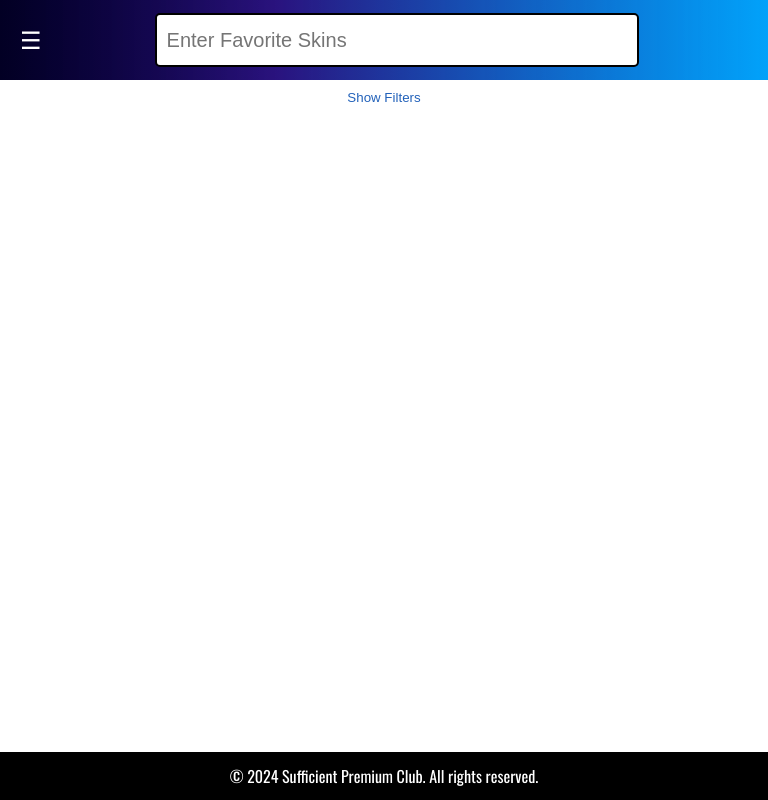
Repository: spcdomains/graph
Page: /Fetched
An editor plug-in stored every save of this project. The page is shown before and after the next save, followed by the edit.
The browser window is 768 px wide. The pictures show the whole page.
The page's requests for data from a server got no answer. Some web fonts or font styles are not loaded; a fallback is used. The project was rebuilt for these pictures with package versions that can differ from the ones it lists, and the page was loaded fresh each time. The framework's server and built-in components were replaced by stand-ins that run in the browser. No one was signed in, and anything a server would have sent is missing. Also part of the build but not shown: Components/Filterpop/index.module.scss.

Above is the page before, as saved 2024-08-16 15:48:19.

### pages/_app.tsx
// pages/_app.tsx
import { AppProps } from 'next/app';
import Head from 'next/head'; // Import Head from next/head
import '../styles/globals.css';
import Navbar from '@/Components/Navbar';
import Footer from '@/Components/Footer';

function MyApp({ Component, pageProps }: AppProps) {
  return (
    <>
      <Head>
        <link rel="preconnect" href="https://fonts.googleapis.com" />
        <link rel="preconnect" href="https://fonts.gstatic.com" />
        <link
          href="https://fonts.googleapis.com/css2?family=Aclonica&family=Oswald:wght@200..700&display=swap"
          rel="stylesheet"
        />
        <meta name="description" content="The games trading zone" />
        <meta name="robots" content="for games,to gamers,by gamers" />
        <meta property="og:type" content="for games,to gamers,by gamers" />
        <meta property="og:site_name" content="Trading" />
        <meta property="og:title" content="Gamin platform" />
        <meta property="og:description" content="for games,to gamers,by gamers" />
        <meta property="og:url" content="https://www.buy.trollsufficient.com/" />
        <meta property="og:image" content="https://www.buy.trollsufficient.com/" />
        <title>Buy Castles and more</title>
      </Head>
      <Navbar />
      <Component {...pageProps} />
      <Footer />
    </>
  );
}

export default MyApp;

### pages/Fetched/index.tsx
import React, { useEffect, useState } from "react";
import axios from "axios";
import styles from "./index.module.scss";
import Link from "next/link";
import Image from "next/image";
import Filterpop from '@/Components/Filterpop'
import { useRouter } from "next/router";

const Index = () => {
  const [categories, setCategories] = useState<any[]>([]);
  // const [filterVisible, setFilterVisible] = useState<boolean>(false);
  const [filterVisible, setFilterVisible] = useState<boolean>(false);
  const [selectedCategory, setSelectedCategory] = useState<string>('');
  const [selectedSkin, setSelectedSkin] = useState<string>('');
  const [selectedBuff, setSelectedBuff] = useState<string>('');
  const [isMobile, setIsMobile] = useState<boolean>(true);
const router=useRouter()
const {query}=router;
const {skintype,name}=query;
console.log(query)
  useEffect(() => {
    const setInitialFilterVisibility = () => {
      if (window.innerWidth <= 768) {
        setFilterVisible(false);
      } else {
        setFilterVisible(true);
      }
    };

    setInitialFilterVisibility();

    window.addEventListener("resize", setInitialFilterVisibility);

    return () => {
      window.removeEventListener("resize", setInitialFilterVisibility);
    };
  }, []);

  useEffect(() => {
    const fetchData = async () => {
      try {
        const response = await axios.get(
          `https://www.referback.trollsufficient.com/data/sort?permalink=${skintype}&skintype=${name}`
        );
        setCategories(response.data);
      } catch (error) {
        console.error("Error fetching data:", error);
      }
    };

    fetchData();
  }, []);

  const toggleFilterVisibility = () => {
    setFilterVisible(!filterVisible);
  };

  const closeFilter = () => {
    setFilterVisible(false);
  };
  const handleGoClick = () => {
    // Navigate to the /Fetched page with query parameters
    router.push({
      pathname: '/Fetched',
      query: {
        skintype: selectedCategory,
        name: selectedBuff,
        // skin: selectedSkin,
      },
    });
  };

  useEffect(() => {
    const handleResize = () => {
      setIsMobile(window.innerWidth <= 768);
    };

    handleResize(); // Initial check
    window.addEventListener('resize', handleResize);

    return () => {
      window.removeEventListener('resize', handleResize);
    };
  }, []);
  useEffect(() => {
    // On large screens, set filterVisible to true
    if (!isMobile) {
      setFilterVisible(true);
    }
  }, [isMobile]);
  return (
    <div className={styles.cardContainer}>
    <Filterpop
        filterVisible={filterVisible}
        toggleFilterVisibility={toggleFilterVisibility}
        selectedSkin={selectedSkin}
        setSelectedSkin={setSelectedSkin}
        selectedCategory={selectedCategory}
        setSelectedCategory={setSelectedCategory}
        selectedBuff={selectedBuff}
        setSelectedBuff={setSelectedBuff}
        handleGoClick={handleGoClick}
      />
      {isMobile && (
        <button className={styles.filterButton} onClick={toggleFilterVisibility}>
          {filterVisible ? 'Hide Filters' : 'Show Filters'}
        </button>
      )}
      <div className={styles.cards}>
        {categories.map((category: any) => (
          <Link
            key={category._id}
            href={`/Skintypes/${category.skintype}`}
            style={{ textDecoration: "none" }}
          >
            <div className={styles.card}>
              {category.photo && category.photo.length > 0 && (
                <Image
                  src={category.photo[0]} // Assuming you want to show the first photo
                  alt={category.skintype || "Category Image"}
                  className={styles.cardImage}
                  width={500} // Adjust width as needed
                  height={300} // Adjust height as needed
                />
              )}
              <div className={styles.cardContent}>
                <h2 className={styles.cardTitle}>{category.skintype}</h2>
                <p>Quantity: {category.quantity}</p>
                <p>Selling Amount: {category.sellingAmount}</p>
                <p>Buffs: {category.buff.map((b: any, index: number) => (
                  <span key={index}>
                    {Object.entries(b).map(([key, value]:any) => (
                      <span key={key}>{key}: {value}; </span>
                    ))}
                  </span>
                ))}</p>
              </div>
            </div>
          </Link>
        ))}
      </div>
    </div>
  );
};

export default Index;

### styles/globals.css
*{
  margin: 0%;
  padding: 0%;

}

body {
  font-family: 'Oswald', sans-serif; /* Apply Oswald font to the whole document */
}

h1 {
  font-family: 'Aclonica', sans-serif; /* Apply Aclonica font to all h1 elements */
}

### Components/Navbar/index.tsx
import React, { useEffect, useState } from "react";
import style from "./index.module.scss";
import Link from "next/link";
import axios from "axios";
import { useRouter } from "next/router";
import { FontAwesomeIcon } from '@fortawesome/react-fontawesome';
// import { faMagnifyingGlass } from '@fortawesome/free-regular-svg-icons';

const Navbar = () => {
  const [isMenuOpen, setIsMenuOpen] = useState(false);
  const [coins, setCoins] = useState<number>(0);
  const [isAuthenticated, setIsAuthenticated] = useState<boolean>(false);
  const [userRole, setUserRole] = useState<string | null>(null);
  const router = useRouter();

  // Toggle menu visibility
  const toggleMenu = () => {
    setIsMenuOpen((prevState) => !prevState);
  };

  // Close menu
  const closeMenu = () => {
    setIsMenuOpen(false);
  };

  // Check authentication status and fetch user data
  useEffect(() => {
    const token = localStorage.getItem("accessToken");
    const role = localStorage.getItem("role");
    setIsAuthenticated(!!token);
    setUserRole(role);
    console.log("Token:", token);
    console.log("Role:", role);

    const fetchCoins = async () => {
      if (token) {
        try {
          const userId = localStorage.getItem("userId");
          if (userId) {
            const coinsResponse = await axios.get(
              `https://www.referback.trollsufficient.com/admin/coins/${userId}`,
              {
                headers: {
                  Authorization: `Bearer ${token}`,
                  "Content-Type": "application/json",
                },
              }
            );
            setCoins(coinsResponse.data.coins);
          }
        } catch (error) {
          console.error("Error fetching coins:", error);
        }
      }
    };

    fetchCoins();
  }, [isAuthenticated]); // Empty dependency array to run only on mount

  const handleLogout = async () => {
    // Remove items from localStorage
    localStorage.removeItem("accessToken");
    localStorage.removeItem("userName");
    localStorage.removeItem("userId");
    localStorage.removeItem("userCoins");
    localStorage.removeItem("role");

    // Reset state
    setCoins(0);
    setIsAuthenticated(false);
    setUserRole(null);

    // Redirect to home page
    router.push("/").then(() => {
      // Ensure the page reloads to reflect logout
      window.location.reload();
    });
  };

  return (
    <div className={style.navbar_cain}>
      <div className={style.hamburger} onClick={toggleMenu}>
        {
          isMenuOpen?"X":"☰"
        }
      </div>
      <div className={style.image}></div>
      <div className={style.search_box}>
        <input className={style.input} placeholder="Enter Favorite Skins" />
        {/* <FontAwesomeIcon icon={faMagnifyingGlass} style={{"zIndex":"10"}}/> */}
      </div>
      <ul className={`${style.caintainer} ${isMenuOpen ? style.showMenu : ""}`}>
        <li className={style.items} onClick={closeMenu}>
          <div className={style.name}>
            <Link href="/" style={{ textDecoration: "none", color: "white" }}>
              <p>Home</p>
            </Link>
            <hr className={style.line} />
          </div>
        </li>
        <li className={style.items} onClick={closeMenu}>
          <div className={style.name}>
            <Link href="/Tree" style={{ textDecoration: "none", color: "white" }}>
              <p>Alluser</p>
            </Link>
            <hr className={style.line} />
          </div>
        </li>
        <li className={style.items} onClick={closeMenu}>
          <div className={style.name}>
          <Link href="/Skintypes" style={{ textDecoration: "none", color: "white" }}>
            <p>Skins</p>
            </Link>
            <hr className={style.line} />
          </div>
        </li>
        <li className={style.items} onClick={closeMenu}>
          <div className={style.name}>
            <Link href="/contact" style={{ textDecoration: "none", color: "white" }}>
              <p>Contact</p>
            </Link>
            <hr className={style.line} />
          </div>
        </li>
        <li className={style.items} onClick={closeMenu}>
          <div className={style.name}>
            {!isAuthenticated ? (
              <Link href="/Login" style={{ textDecoration: "none", color: "white" }}>
                <p>Login</p>
              </Link>
            ) : (
              <button className={style.links} onClick={handleLogout}>
                Logout
              </button>
            )}
            <hr className={style.line} />
          </div>
        </li>
      </ul>
    </div>
  );
};

export default Navbar;

### Components/Footer/index.tsx
import React from 'react';
import styles from './inde.module.scss';

const Footer = () => {
  return (
    <div className={styles.footer}>
      <div className={styles.text}>
        © 2024 Sufficient Premium Club. All rights reserved.
      </div>
      <div className={`${styles.icon} ${styles['mobile-hidden']}`}>
        {/* <img
          src='https://upload.wikimedia.org/wikipedia/commons/thumb/5/5e/WhatsApp_icon.png/598px-WhatsApp_icon.png'
          alt='WhatsApp Icon'
        /> */}
      </div>
    </div>
  );
}

export default Footer;

### pages/Fetched/index.module.scss
.cardContainer {
    background: linear-gradient(
      90deg,
      rgba(2, 0, 36, 1) 0%,
      rgba(33, 9, 121, 0.8) 35%,
      rgba(0, 168, 255, 1) 100%
    );
    height: auto;
    // background-size: 100vh;
    display: flex;
    justify-content: space-between;
    padding-bottom: 100px;
    margin-bottom: 40px;

    .filter {
      color: white;
      border: 1px solid white;
      height: 80vh;
      width: 20%;
      position: fixed;
      top: 100px;
      left: 0;
      background: linear-gradient(
        90deg,
        rgba(0, 168, 255, 1) 0%,
        rgba(69, 128, 130, 1) 7%,
        rgba(54, 136, 157, 1) 93%,
        rgba(0, 168, 255, 1) 100%
      );
      padding: 20px;
      box-sizing: border-box;
      overflow-y: auto;
      display: none; // Hidden by default

      &.filterVisible {
        display: block; // Show when visible state is true
        @media screen and (max-width: 768px) {
          z-index: 10000;
          width: 100%;
          height: 100vh;
          position: fixed;
          top: 0;
          display: flex;
          flex-direction: column;
          gap: 29px;
          padding-top: 100px;
        }
      }

      .search_box {
        margin: 10px 0;
        display: flex;
        flex-direction: column;
        font-size: 18px;
        input {
          padding: 10px;
        }
      }
      .dropdown {
        display: flex;
        flex-direction: column;
        font-size: 18px; // Default font size

        // Media query for mobile devices
        @media screen and (max-width: 768px) {
          select {
            font-size: 14px; // Adjust font size for mobile
          }
        }
      }
    }

    .closeButton {
      position: absolute;
      top: 10px;
      right: 10px;
      background: none;
      border: none;
      color: white;
      font-size: 24px;
      cursor: pointer;
      display: none; // Hidden by default

      @media screen and (max-width: 768px) {
        display: block; // Show only on mobile
      }
    }

    .filterButton {
      display: none; // Hidden by default on larger screens
      position: fixed;
      top: 80px;
      right: 0;
      padding: 10px;
      background: rgb(255, 255, 255);
      color: rgb(35, 98, 186);
      border: none;
      cursor: pointer;
      width: 100%;

      @media screen and (max-width: 768px) {
        display: block; // Show on mobile
      }
    }

    .cards {
      // width: 60%;
      display: flex;
      justify-content: center;
      flex-wrap: wrap;
      position: relative;
      left: 0px;
      margin-left: 130px;
      top: 100px;

      .card {
        background-color: rgb(242, 238, 238);
        border-radius: 10px;
        box-shadow: 0 4px 8px rgba(0, 0, 0, 0.2);
        margin: 20px;
        width: 250px;
        overflow: hidden;
        transition: transform 0.3s;
        position: relative;
        height: 368px;

        a {
          top: 10px;
        }

        &:hover {
          transform: scale(1.05);
        }
        @media screen and (max-width:768px) {
          width: 280px;
          height: auto;
        }
      }
      @media screen and (max-width:200000px) {
        margin-left: 20%;

      }
    }

    @media screen and (max-width: 768px) {
      .cards {
        width: 100%;
        left: 0;
        // top: 145px;
        margin-left: 0px;
      }
    }
  }

  .cardImage {
    width: 100%;
    height: 150px;
  }

  .cardContent {
    padding: 20px;
    background-color: rgb(242, 238, 238);
  }

  .cardTitle {
    font-size: 1.5em;
    margin: 0 0 10px;
    color: #333;
    background-color: rgb(242, 238, 238);
  }

  .cardDate {
    font-size: 0.9em;
    color: #777;
    margin: 0;
  }

### Components/Filterpop/index.tsx
import React, { useRef } from 'react';
import styles from './index.module.scss';

interface FilterPopupProps {
  filterVisible: boolean;
  toggleFilterVisibility: () => void;
  selectedSkin: string;
  setSelectedSkin: (value: string) => void;
  selectedCategory: string;
  setSelectedCategory: (value: string) => void;
  selectedBuff: string;
  setSelectedBuff: (value: string) => void;
  handleGoClick: () => void;
}

const FilterPopup: React.FC<FilterPopupProps> = ({
  filterVisible,
  toggleFilterVisibility,
  selectedSkin,
  setSelectedSkin,
  selectedCategory,
  setSelectedCategory,
  selectedBuff,
  setSelectedBuff,
  handleGoClick,
}) => {
  const filterRef = useRef<HTMLDivElement>(null);

  return (
    <>
      {filterVisible && (
        <div
          ref={filterRef}
          className={`${styles.filter} ${filterVisible ? styles.filterVisible : ''}`}
        >
          <button className={styles.closeButton} onClick={toggleFilterVisibility}>
            &times;
          </button>
          <div className={styles.search_box}>
            <label>Search Box</label>
            <input
              placeholder="Search Here"
              type="text"
              value={selectedSkin}
              onChange={(e) => setSelectedSkin(e.target.value)}
            />
          </div>
          <div className={styles.search_box}>
            <label>Select Category</label>
            <input
              placeholder="Category"
              type="text"
              value={selectedCategory}
              onChange={(e) => setSelectedCategory(e.target.value)}
            />
          </div>
          <div className={styles.search_box}>
            <label>Select Buff</label>
            <input
              placeholder="Buff"
              type="text"
              value={selectedBuff}
              onChange={(e) => setSelectedBuff(e.target.value)}
            />
          </div>
          <div className={styles.btn}>
            <button onClick={handleGoClick} style={{ width: "100px", height: "30px", marginTop: "30px", cursor: "pointer" }}>
              GO
            </button>
          </div>
        </div>
      )}
    </>
  );
};

export default FilterPopup;

### Components/Navbar/index.module.scss
.navbar_cain{
  position: fixed;
  width: 100%;
  z-index: 10000;
}
.caintainer {
  display: flex;
  justify-content: end;
  padding: 30px;
  color: white;
  background: rgb(2,0,36);
  background: linear-gradient(90deg, rgba(2,0,36,1) 0%, rgba(9,9,121,1) 46%, rgba(0,212,255,1) 100%);
  z-index: 40;
  gap: 30px;
  // position: fixed; // Commented out for better control with JavaScript
}

.search_box {
  width: 100%;
    position: absolute;
    display: flex;
    top: 20px;
    left: 100px;
  @media screen  and (max-width:768px){
      left: 20px;
  }
}

.input {
  padding: 10px;
  width: 30%;
  height: 30px;
  border: 2px solid black;
  border-radius: 5px;
  @media screen and (max-width:768px) {
    font-size: 20px;
  }
}

.items {
  position: relative;
  right: 80px;
  font-size: 18px;
}

.name {
  display: flex;
}

.name p {
  cursor: pointer;
}

.name p:hover {
  transform: scale(1.2);
  transition: transform 0.3s linear;
}

.line {
  margin-left: 10px;
}

.hamburger {
  display: none;
  font-size: 24px;
  cursor: pointer;
  position: absolute;
  left: 20px;
  top: 20px;
  z-index: 50;
}

// Add this class to control body overflow when menu is open
.no-scroll {
  overflow: hidden;
}

@media screen and (max-width: 768px) {
  .caintainer {
    display: none;
  }

  .hamburger {
    display: block;
    color: white;
  }

  .line {
    display: none;
  }

  .name {
    position: absolute;
    top: 100px;
    width: 100%;
    font-size: 30px;
  }

  .name p {
    border-bottom: 1px solid white;
    border-top: 1px solid white;
  }

  .showMenu {
    display: flex;
    flex-direction: column;
    justify-content: start;
    gap: 80px;
    align-items: center;
    top: 0;
    height: 100vh;
    width: 70%;
    list-style-type: none;
    background: rgb(2,0,36);
    background: linear-gradient(90deg, rgba(2,0,36,1) 0%, rgba(9,9,121,1) 46%, rgba(0,212,255,1) 100%);
    position: fixed; // Make sure the menu covers the viewport
    left: 0; // Align the menu to the left
    z-index: 40; // Ensure it's above other content
    animation: come 0.5s ease-in-out 1 forwards;
  }
  @keyframes come {
      0%{
        width: 40%;
        opacity: 0;
      }
      100%{
        width: 100%;
        opacity: 1;
      }
  }

  .search_box {
    width: 100%;
    position: absolute;
    display: flex;
    justify-content: center;
    top: 20px;
    right: 5px;
    @media screen and (max-width:768px) {
      width: 100%;
      position: absolute;
      display: flex;
      justify-content: center;
      top: 0px;
      left: 0px;
      padding: 13px;
      background: linear-gradient(
        90deg,
        rgba(2, 0, 36, 1) 0%,
        rgba(33, 9, 121, 0.8) 35%,
        rgba(0, 168, 255, 1) 100%
      );;
    }
  }

  .input {
    padding: 10px;
    width: 60%;
    height: 30px;
    border: 2px solid black;
    border-radius: 5px;
  }
}

### Components/Footer/inde.module.scss
.footer {
    width: 100%;
    height: 3rem; /* Equivalent to h-12 in Tailwind */
    display: flex;
    justify-content: center;
    align-items: center;
    background-color: black;
    color: white;
    position:fixed;
    bottom: 0;

    .text {
      margin: 0;
    }

    .icon {
      position: absolute;
      height: 2.5rem; /* Equivalent to h-10 in Tailwind */
      width: 3rem; /* Equivalent to w-12 in Tailwind */
      bottom: 1.75rem; /* Equivalent to bottom-7 in Tailwind */
      right: 3.5rem; /* Equivalent to right-14 in Tailwind */
      cursor: pointer;
      transition: transform 0.3s ease; /* For hover effect */

      &:hover {
        transform: scale(1.10);
      }

      &.mobile-hidden {
        @media (max-width: 768px) {
          display: none; /* Hide on mobile screens */
        }
      }
    }
  }

After the next save:
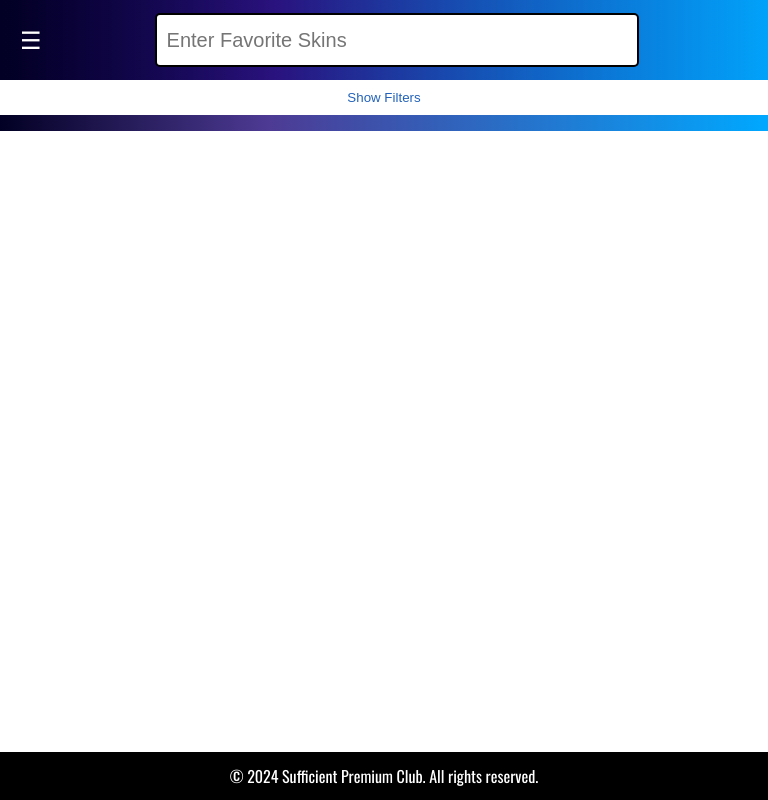
Saved 20 s later.
--- a/pages/Fetched/index.module.scss
+++ b/pages/Fetched/index.module.scss
@@ -147,6 +147,7 @@
         width: 100%;
         left: 0;
         // top: 145px;
+        margin-top: 31px;
         margin-left: 0px;
       }
     }
